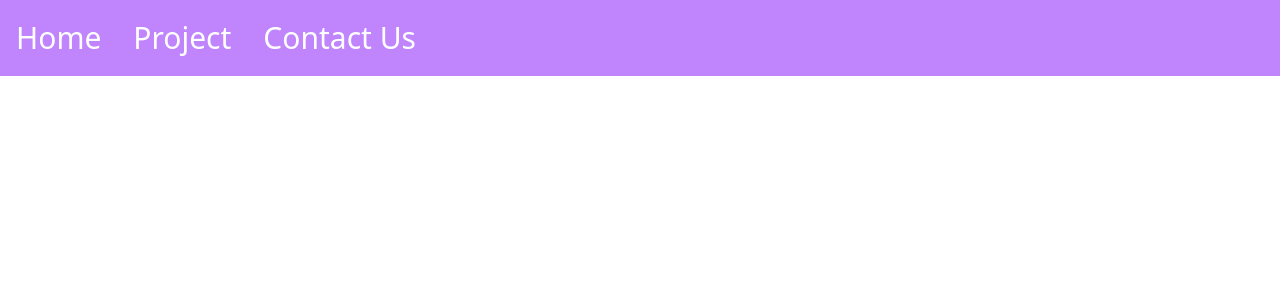
Repository: ashut6138/RozarpayClone
Page: Desktop/RozarpayClone/index.html
These files come from the project's save history. The page is drawn as it stood at one moment and after the next save; the edit follows.
The browser window is 1280 px wide. The pictures show the whole page.
Some web libraries are served in a nearby version.

Above is the page before, as saved 2025-01-21 23:22:17.

After the next save:
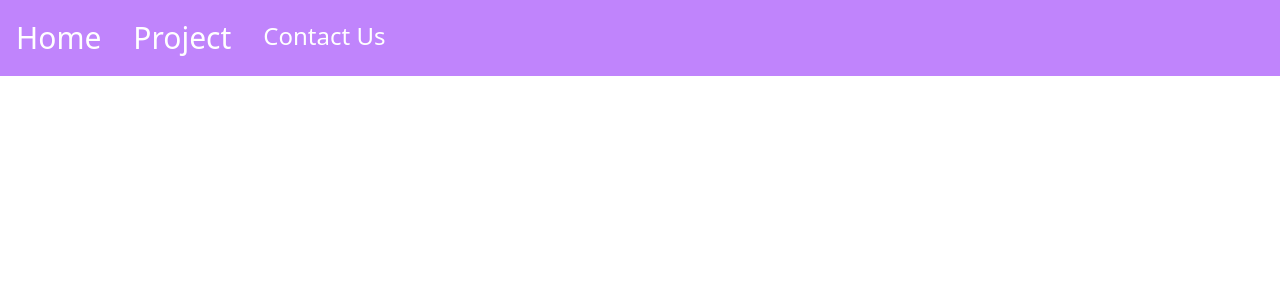
Saved 45 s later.
--- a/Desktop/RozarpayClone/index.html
+++ b/Desktop/RozarpayClone/index.html
@@ -12,7 +12,7 @@
         <ul class="py-5 bg-purple-400 flex">
             <li class="mx-4 text-white text-3xl">Home</li>
             <li class="mx-4 text-white text-3xl">Project</li>
-            <li class="mx-4 text-white text-3xl">Contact Us</li>
+            <li class="mx-4 text-white text-2xl">Contact Us</li>
         </ul>
     </nav>
 
